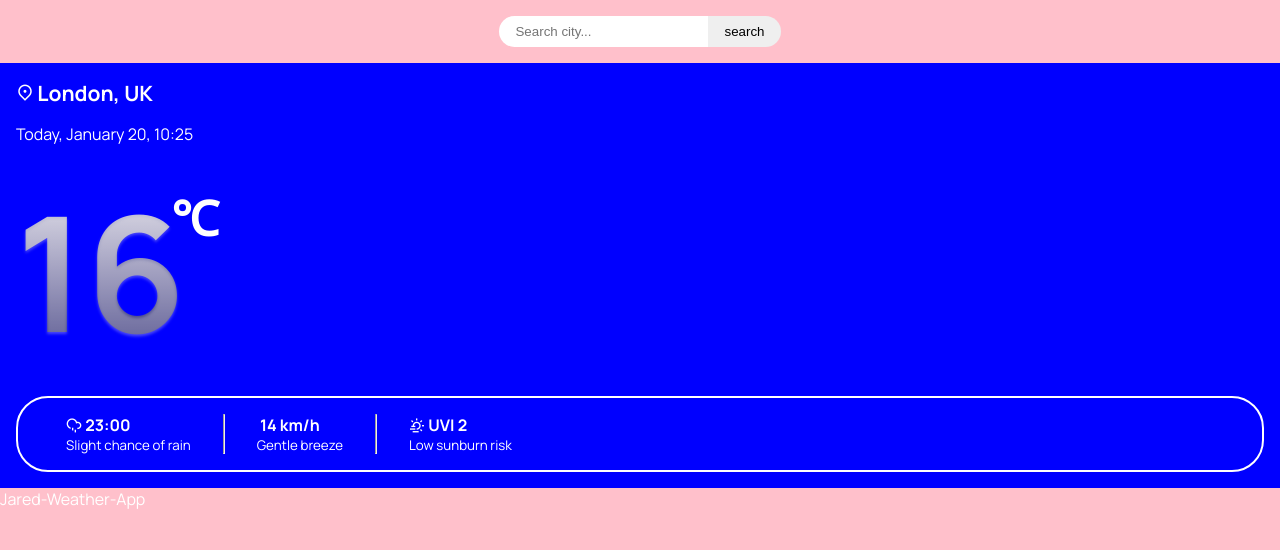
Repository: EguJaredoBoyd/Jared-Weather-App
Page: main.html
These files come from the project's save history. The page is drawn as it stood at one moment and after the next save; the edit follows.
The browser window is 1280 px wide. The pictures show the whole page.
Some icons come from a web library that is not loaded, so they are not drawn. Some web libraries are served in a nearby version.

Above is the page before, as saved 2026-01-23 23:19:15.

### main.html
<!doctype html>
<html lang="en">
  <head>
    <meta charset="UTF-8" />
    <meta name="viewport" content="width=device-width, initial-scale=1.0" />
    <link rel="preconnect" href="https://fonts.googleapis.com" />
    <link rel="preconnect" href="https://fonts.gstatic.com" crossorigin />
    <link
      href="https://fonts.googleapis.com/css2?family=Manrope:wght@200..800&display=swap"
      rel="stylesheet"
    />
    <link
      href="https://cdn.jsdelivr.net/npm/remixicon@4.8.0/fonts/remixicon.css"
      rel="stylesheet"
    />
    <link rel="stylesheet" href="./css/styles.css" />
    <title>Jared-Weather-App</title>
  </head>
  <body class="weather-app">
    <div class="weather-app__container">
      <header>
        <div class="search-place">
          <input
            type="text"
            placeholder="Search city..."
            aria-label="Search city"
          />
          <button>search</button>
        </div>
      </header>
      <main>
        <section class="current-weather">
          <div class="place-searched">
            <i class="ri-map-pin-2-line"></i>
            <h3 class="city-name">London, UK</h3>
          </div>
          <div class="date-today">
            <time datetime="2026-01-20T10:25">Today, January 20, 10:25</time>
          </div>
          <div class="place-temperature">
            <span class="place-temperature__measure"><h3>16</h3></span>
            <span class="place-temperature__degree"><h3>℃</h3></span>
          </div>
          <div class="place-forecast">
            <article class="forecast-item forecast-item--weather">
              <div>
                <span><i class="ri-drizzle-line"></i></span>
                <time datetime="23:00"> <h4>23:00</h4></time>
              </div>
              <p>Slight chance of rain</p>
            </article>
            <hr />

            <article class="forecast-item forecast-item--wind">
              <div>
                <span><i class="ri-arrow-right-up-long-line"></i></span>
                <h4>14 km/h</h4>
              </div>
              <p>Gentle breeze</p>
            </article>
            <hr />

            <article class="forecast-item forecast-item--uv">
              <div>
                <span><i class="ri-sun-foggy-line"></i></span>
                <h4>UVI 2</h4>
              </div>
              <p>Low sunburn risk</p>
            </article>
          </div>
        </section>
        <section class="swipe-section">
          <!-- Hourly and daily forecast will slide in here! -->
        </section>
      </main>
      <footer>
        <div><p>Jared-Weather-App</p></div>
      </footer>
    </div>
  </body>
</html>

### css/styles.css
/* ==== CSS RESET ==== */
*,
*::before,
*::after {
  margin: 0;
  padding: 0;
  box-sizing: border-box;
  /* outline: 1px solid red; */
}

:root {
  --background-color: #03045e;
  --text-color: white;
}

html {
  font-size: 16px;
}

body {
  font-family: "Manrope", sans-serif;
  background-color: var(--background-color);
  color: var(--text-color);
}

.weather-app__container {
  display: flex;
  flex-direction: column;
  background-color: pink;
  height: 100vh;
}

.search-place {
  display: flex;
  justify-content: center;
  padding: 1rem;
}

.search-place input {
  padding: 0.5rem 1rem;
  border: none;
  border-bottom-left-radius: 1rem;
  border-top-left-radius: 1rem;
}

.search-place button {
  border: none;
  border-top-right-radius: 1rem;
  border-bottom-right-radius: 1rem;
  padding: 0.5rem 1rem;
}

main {
  background-color: blue;
  display: flex;
  flex-direction: column;
  padding: 1rem;
}

.current-weather {
  display: flex;
  flex-direction: column;
  row-gap: 1rem;
}

.place-searched {
  display: flex;
  align-items: center;
  column-gap: 0.2rem;
  font-size: large;
}

.place-temperature {
  display: flex;
  align-items: center;
  position: relative;
}

.place-temperature__measure h3 {
  font-size: 10rem;
  background: linear-gradient(to bottom, white, var(--background-color));
  -webkit-background-clip: text;
  background-clip: text;
  -webkit-text-fill-color: transparent;
  text-shadow: 0 2px 3px rgba(243, 235, 235, 0.3);
}

.place-temperature__degree h3 {
  font-size: 3rem;
  position: absolute;
  top: 1.5rem;
  left: 9.7rem;
}

.place-forecast {
  display: flex;
  border: 2px solid white;
  border-radius: 2rem;
  padding: 1rem;
}

.forecast-item {
  padding: 0 2rem;
}

.forecast-item div {
  display: flex;
  column-gap: 0.2rem;
}

.forecast-item p {
  font-size: smaller;
}

After the next save:
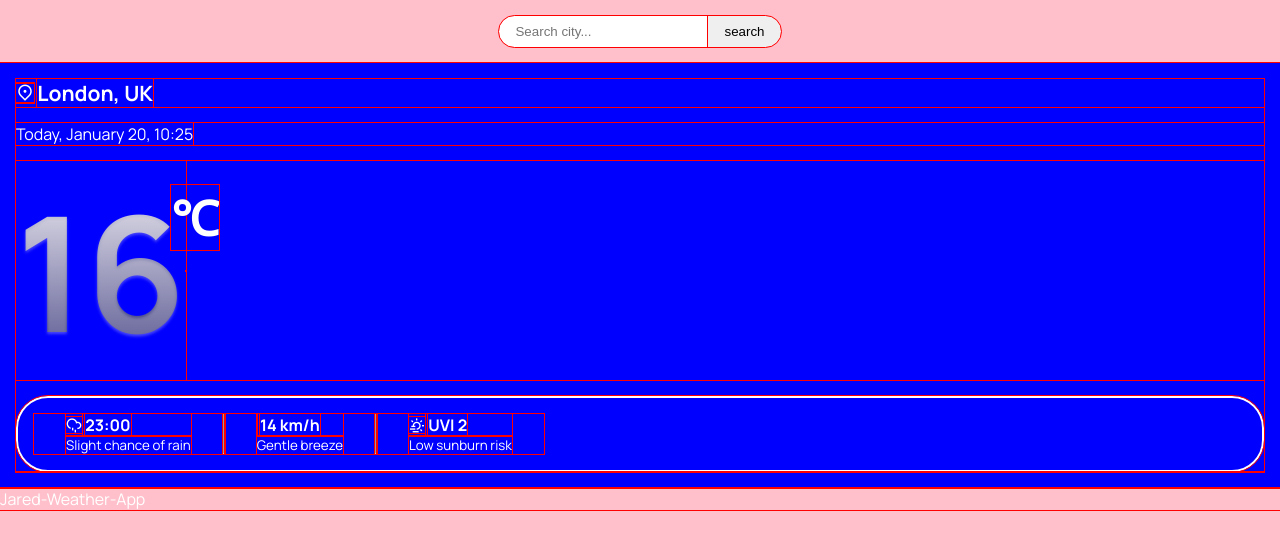
Saved 18 s later.
--- a/css/styles.css
+++ b/css/styles.css
@@ -5,7 +5,7 @@
   margin: 0;
   padding: 0;
   box-sizing: border-box;
-  /* outline: 1px solid red; */
+  outline: 1px solid red;
 }
 
 :root {
